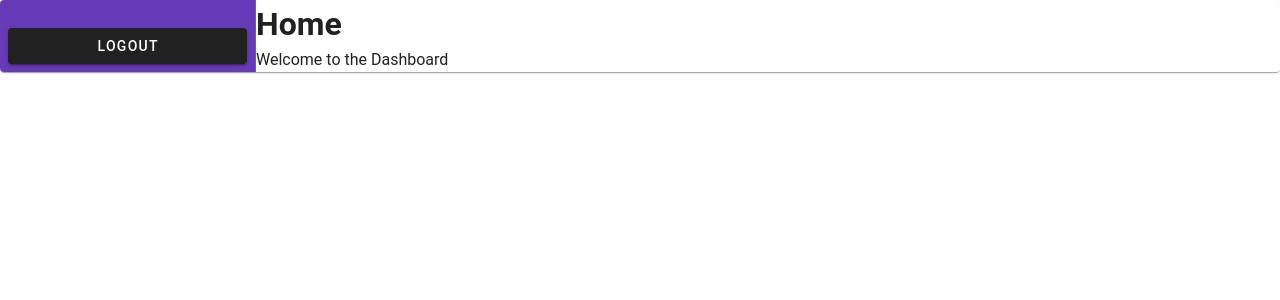
Repository: NtiSilva/Front_AG
Page: /
The author's editor kept a copy of each file at every save. The page is drawn from the files as they stood at one save, then again after the next save.
The browser window is 1280 px wide. The pictures show the whole page.
The project was rebuilt for these pictures with package versions that can differ from the ones it lists, and the page was loaded fresh each time. Also part of the build but not shown: vite.config.mjs, src/components/Alert.vue, src/components/Atividades/FormActivities.vue, src/components/Atividades/index.vue, src/components/Clientes/FormClient.vue, src/components/Dialog.vue, src/components/DialogRemove.vue, src/components/Clientes/ListClients.vue and 9 more.

Above is the page before, as saved 2024-06-19 16:12:16.

### src/App.vue
<template>
  <v-app>
    <v-card>
    <v-layout>
      <v-navigation-drawer
        class="bg-deep-purple"
        theme="dark"
        permanent
      >
        <v-list color="transparent">
          <v-list-item prepend-icon="mdi-view-dashboard" title="Dashboard"></v-list-item>
          <v-list-item prepend-icon="mdi-account-box" title="Account"></v-list-item>
          <v-list-item prepend-icon="mdi-gavel" title="Admin"></v-list-item>
        </v-list>

        <template v-slot:append>
          <div class="pa-2">
            <v-btn block>
              Logout
            </v-btn>
          </div>
        </template>
      </v-navigation-drawer>

      <v-main style="height: 100%">
        <router-view />
      </v-main>
    </v-layout>
  </v-card>
  </v-app>
</template>

<script>
export default {
  name: 'App',
  methods: {
    navigateTo(route) {
      this.$router.push(route);
    },
  },
};
</script>

### src/plugins/vuetify.js
/**
 * plugins/vuetify.js
 *
 * Framework documentation: https://vuetifyjs.com`
 */

// Styles
import "@mdi/font/css/materialdesignicons.css";
import "vuetify/styles";

// Composables
import { createVuetify } from "vuetify";

// https://vuetifyjs.com/en/introduction/why-vuetify/#feature-guides
export default createVuetify({
  // theme: {
  //   defaultTheme: "",
  // },
});

### src/router/index.js
import { createRouter, createWebHistory } from "vue-router";
import Projects from "@/pages/Projects.vue";
import Activities from "@/pages/Activities.vue";
import Clients from "@/pages/Clients.vue";
import Home from "@/pages/HomePage.vue";

const routes = [
  {
    path: "/",
    name: "Home",
    component: Home,
  },
  {
    path: "/clients",
    name: "Clients",
    component: Clients,
  },
  {
    path: "/activities",
    name: "Activities",
    component: Activities,
  },
  {
    path: "/projects",
    name: "Projects",
    component: Projects,
  },
];

const router = createRouter({
  history: createWebHistory(process.env.BASE_URL),
  routes,
});

export default router;

### src/pages/HomePage.vue
<template>
  <div>
    <h1>Home</h1>
    <p>Welcome to the Dashboard</p>
  </div>
</template>

<script>
export default {
  name: 'Home',
};
</script>

Loaded but not shown: index.html (common file); src/main.js (common file); src/plugins/index.js (common file)

After the next save:
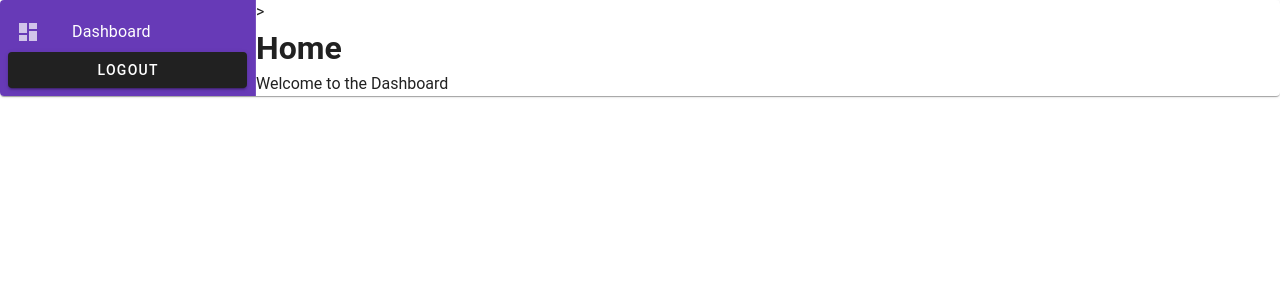
Saved 43 s later.
--- a/src/App.vue
+++ b/src/App.vue
@@ -22,7 +22,7 @@
         </template>
       </v-navigation-drawer>
 
-      <v-main style="height: 100%">
+      <v-main style="height: 100%">>
         <router-view />
       </v-main>
     </v-layout>

After the save that followed:
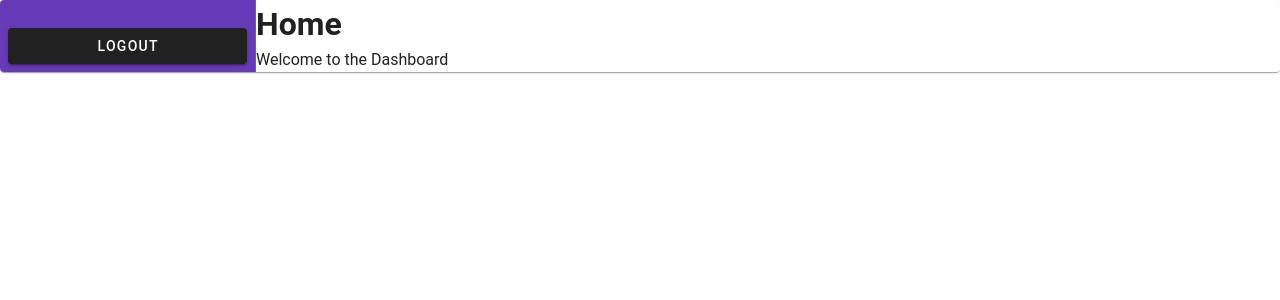
Saved 23 s later.
--- a/src/App.vue
+++ b/src/App.vue
@@ -22,7 +22,7 @@
         </template>
       </v-navigation-drawer>
 
-      <v-main style="height: 100%">>
+      <v-main style="height: 100%">
         <router-view />
       </v-main>
     </v-layout>
